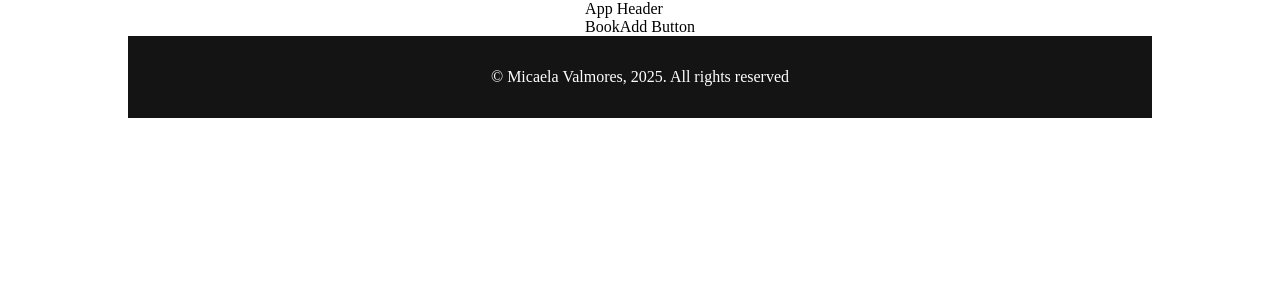
Repository: Micaelavalmores/COMP3170-Data-Fetching
Page: /
An editor plug-in stored every save of this project. The page is shown before and after the next save, followed by the edit.
The browser window is 1280 px wide. The pictures show the whole page.
The project was rebuilt for these pictures with package versions that can differ from the ones it lists, and the page was loaded fresh each time. Also part of the build but not shown: vite.config.js.

Above is the page before, as saved 2025-09-22 17:55:20.

After the next save:
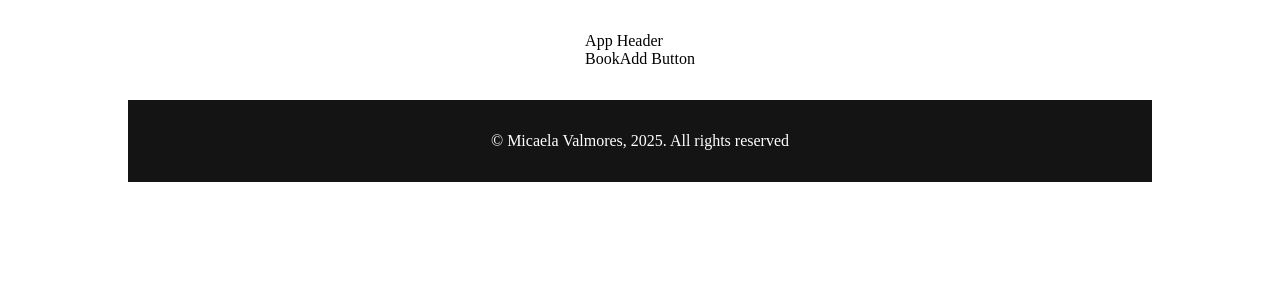
Saved 4 s later.
--- a/src/index.css
+++ b/src/index.css
@@ -23,7 +23,7 @@ body {
   }
 
   .content {
-    margin: 0 auto;
+    margin: 2em auto;
   }
 
 }
